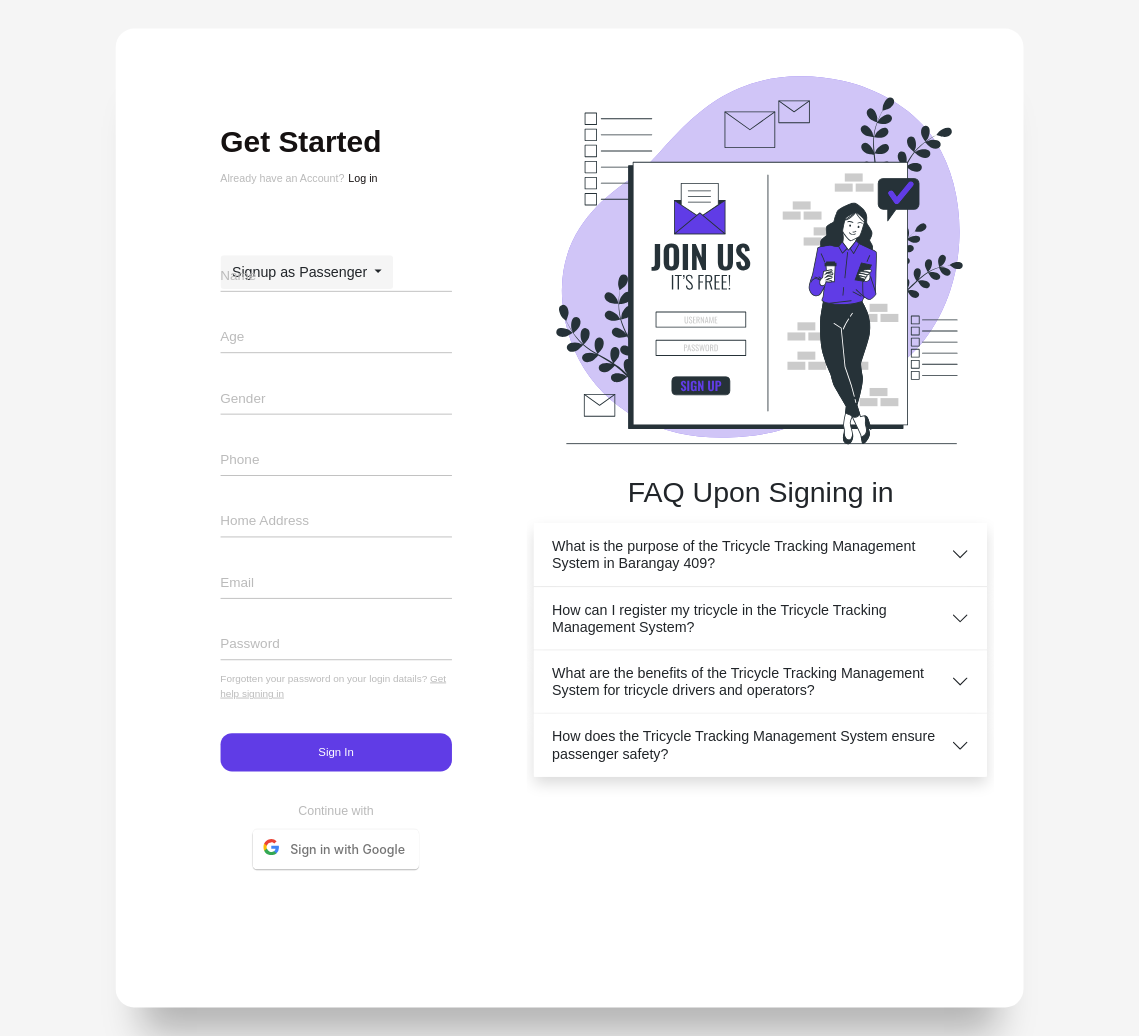
Repository: adrcstro/plate-to-place
Page: http://localhost/Loginsystem/Passenger.php
The author's editor kept a copy of each file at every save. The page is drawn from the files as they stood at one save, then again after the next save.
The browser window is 1280 px wide. The pictures show the whole page, at 89% of full size.
Some web fonts or font styles are not loaded; a fallback is used. Some web libraries are served in a nearby version. The page is run by PHP 8.4 with error messages shown; the project is at /var/www/html/.

Above is the page before, as saved 2023-10-31 15:45:10.

### Loginsystem/Passenger.php
<!DOCTYPE html>
<html lang="en">
<head>
    <meta charset="UTF-8">
    <meta name="viewport" content="width=device-width, initial-scale=1.0">
    <link rel="shortcut icon" type="x-icon" href="../images/webicon.png">
    <link rel="stylesheet" href="../css/bootstrap.min.css">
    <link rel="stylesheet" href="https://cdnjs.cloudflare.com/ajax/libs/font-awesome/6.3.0/css/all.min.css" integrity="sha512-SzlrxWUlpfuzQ+pcUCosxcglQRNAq/DZjVsC0lE40xsADsfeQoEypE+enwcOiGjk/bSuGGKHEyjSoQ1zVisanQ==" crossorigin="anonymous" referrerpolicy="no-referrer"/>
    <link rel="stylesheet" href="passenger.css">

    <title>Brangay409-3WHeel-Tracking-System</title>
</head>

<body>

<main>
      <div class="box">
        <div class="inner-box">
          <div class="forms-wrap">
            <form action="index.html" autocomplete="off" class="sign-in-form">

<script>
    function changeLoginType(type) {
        document.getElementById('loginDropdown').innerText = 'Login as ' + type;
    }
</script>
              <div class="heading">
                <h2>Get Started</h2>
                <h6>Already have an Account?</h6>
                <a href="login.php" class="loginaccount" data-target="img-2">Log in</a>
              </div>
              <div class="dropdown">
    <button class="btn dropdown-toggle" type="button" data-bs-toggle="dropdown" aria-expanded="false" id="loginDropdown">
        Signup as Passenger
    </button>
    <ul class="dropdown-menu">
        <li><a class="dropdown-item" href="Passenger.php" onclick="changeLoginType('Passenger')">Passenger</a></li>
        <li><a class="dropdown-item" href="Driverlogin.php" onclick="changeLoginType('Driver')">Driver</a></li>

    </ul>
</div>
<div class="formsignin">



              <div class="actual-form">
                <div class="input-wrap">
                  <input
                    type="text"
                    minlength="4"
                    class="input-field"
                    autocomplete="off"
                    required
                  />
                  <label>Name</label>
                </div>

                <div class="input-wrap">
                  <input
                    type="password"
                    minlength="4"
                    class="input-field"
                    autocomplete="off"
                    required
                  />
                  <label>Age</label>
                </div>

                <div class="input-wrap">
                  <input
                    type="text"
                    minlength="4"
                    class="input-field"
                    autocomplete="off"
                    required
                  />
                  <label>Gender</label>
                </div>

                <div class="input-wrap">
                  <input
                    type="text"
                    minlength="4"
                    class="input-field"
                    autocomplete="off"
                    required
                  />
                  <label>Phone</label>
                </div>
                <div class="input-wrap">
                  <input
                    type="text"
                    minlength="4"
                    class="input-field"
                    autocomplete="off"
                    required
                  />
                  <label>Home Address</label>
                </div>

                <div class="input-wrap">
                  <input
                    type="text"
                    minlength="4"
                    class="input-field"
                    autocomplete="off"
                    required
                  />
                  <label>Email</label>
                </div>
                <div class="input-wrap">
                  <input
                    type="text"
                    minlength="4"
                    class="input-field"
                    autocomplete="off"
                    required
                  />
                  <label>Password</label>
                </div>
                <p class="text">
                  Forgotten your password on your login datails?

                  <a href="Forgotpassword.php" data-target="img-2">Get help signing in</a>
                </p>
                <input type="submit" value="Sign In" class="sign-btn" />
                <h5 id="textcon">Continue with</h5>
                <button type="button" class="login-with-google-btn" >
                Sign in with Google
                 </button>
              </div>
              </div>
            </form>


          </div>
          <div class="carousel">
  <div class="images-wrapper">
    <img src="../images/Signup.svg" class="image img-2 show" alt="" />
  </div>

  <div class="col-md-12">
         <h2 class="mt-2 text-center" id="FAQ">FAQ Upon Signing in</h2>
         <div class="accordion accordion-flush p-2" id="accordionFlushExample">
          <div class="accordion-item bg-white shadow">
            <h2 class="accordion-header">
              <button class="accordion-button collapsed" type="button" data-bs-toggle="collapse" data-bs-target="#flush-collapseOne" aria-expanded="false" aria-controls="flush-collapseOne">
                What is the purpose of the Tricycle Tracking Management System in Barangay 409?
              </button>
            </h2>
            <div id="flush-collapseOne" class="accordion-collapse collapse" data-bs-parent="#accordionFlushExample">
              <div class="accordion-body">The Tricycle Tracking Management System aims to streamline tricycle operations and ensure passenger safety and efficient transportation services within the barangay.</div>
            </div>
          </div>
          <div class="accordion-item shadow">
            <h2 class="accordion-header">
              <button class="accordion-button collapsed" type="button" data-bs-toggle="collapse" data-bs-target="#flush-collapseTwo" aria-expanded="false" aria-controls="flush-collapseTwo">
                How can I register my tricycle in the Tricycle Tracking Management System?
              </button>
            </h2>
            <div id="flush-collapseTwo" class="accordion-collapse collapse" data-bs-parent="#accordionFlushExample">
              <div class="accordion-body">To register your tricycle, visit the barangay office and submit the required documents, including the tricycle's registration papers, driver's license, and other necessary permits.</div>
            </div>
          </div>
          <div class="accordion-item shadow">
            <h2 class="accordion-header">
              <button class="accordion-button collapsed" type="button" data-bs-toggle="collapse" data-bs-target="#flush-collapseThree" aria-expanded="false" aria-controls="flush-collapseThree">
                What are the benefits of the Tricycle Tracking Management System for tricycle drivers and operators?
              </button>
            </h2>
            <div id="flush-collapseThree" class="accordion-collapse collapse" data-bs-parent="#accordionFlushExample">
              <div class="accordion-body">The system provides improved transparency in fare collection, enhances security measures for both drivers and passengers, and facilitates better route planning, leading to increased efficiency and profitability for tricycle operators.
              </div>
            </div>
          </div>

          <div class="accordion-item shadow">
            <h2 class="accordion-header">
              <button class="accordion-button collapsed" type="button" data-bs-toggle="collapse" data-bs-target="#flush-collapseFour" aria-expanded="false" aria-controls="flush-collapseFour">
                How does the Tricycle Tracking Management System ensure passenger safety?
              </button>
            </h2>
            <div id="flush-collapseFour" class="accordion-collapse collapse" data-bs-parent="#accordionFlushExample">
              <div class="accordion-body">The system integrates safety measures such as  Report Management, Legal Action Provider, and driver identification features, which enable swift responses to any emergency situations during tricycle rides.</div>
            </div>
          </div>



        </div>
         </div>


</div>
        </div>
      </div>
    </main>



</body>
<script src="../js/bootstrap.bundle.js"></script>
    <script src="login.js"></script>

</html>

### Loginsystem/passenger.css
@import url("https://fonts.googleapis.com/css2?family=Poppins:wght@200;300;400;500;600;700;800&display=swap");
@import url('https://fonts.googleapis.com/css2?family=Advent+Pro:wght@200&display=swap');
@import url('https://fonts.googleapis.com/css2?family=Advent+Pro:wght@200&family=Montserrat+Alternates&display=swap');
@import url('http://fonts.googleapis.com/css?family=Open+Sans:400,700');
*,
*::before,
*::after {
  padding: 0;
  margin: 0;
  box-sizing: border-box;
}
#textcon{
  padding: 4px;
  text-align: center;
  color: #bababa;
  font-size: 14px;
}
.login-with-google-btn {
  transition: background-color .3s, box-shadow .3s;
  padding: 12px 16px 12px 42px;
  border: none;
  border-radius: 5px;
  box-shadow: 0 -1px 0 rgba(0, 0, 0, .04), 0 1px 1px rgba(0, 0, 0, .25);
  display: block;
    margin: auto;
  color: #757575;
  font-size: 14px;
  font-weight: 500;
  font-family: -apple-system,BlinkMacSystemFont,"Segoe UI",Roboto,Oxygen,Ubuntu,Cantarell,"Fira Sans","Droid Sans","Helvetica Neue",sans-serif;

  background-image: url(data:[embedded picture, 822 characters]);
  background-color: white;
  background-repeat: no-repeat;
  background-position: 12px 11px;

  &:hover {
    background-color: #f3f3f3b6;
  }

  &:active {
    background-color: #eeeeee;
  }
}
  &:focus {
    outline: none;
    box-shadow:
      0 -1px 0 rgba(0, 0, 0, .04),
      0 2px 4px rgba(0, 0, 0, .25),
      0 0 0 3px #c8dafc;
  }

.logo {
  text-align: center;
}
.logo br {
  font-size: 1px; /* Adjust the font size as per your requirement */
}
body,
input {
  font-family: 'Montserrat Alternates', sans-serif;

}
#loginDropdown{
  background-color: whitesmoke;
}

main {
  width: 100%;
  min-height: 100vh;
  overflow: hidden;
  background-color: whitesmoke;
  padding: 2rem;
  display: flex;
  align-items: center;
  justify-content: center;
}

.box {
  position: relative;
  width: 100%;
  max-width: 1020px;
  height: 1100px;
  background-color: #fff;
  border-radius: 1.3rem;
  box-shadow: 0 60px 40px -30px rgba(0, 0, 0, 0.27);
}

.inner-box {
  position: absolute;
  width: calc(100% - 4.1rem);
  height: calc(100% - 4.1rem);
  top: 50%;
  left: 50%;
  transform: translate(-50%, -50%);
}

.forms-wrap {
  position: absolute;
  height: 100%;
  width: 45%;
  top: 0;
  left: 0;
  display: grid;
  grid-template-columns: 1fr;
  grid-template-rows: 1fr;
  transition: 0.8s ease-in-out;
}

form {
  max-width: 260px;
  width: 100%;
  margin: 0 auto;
  height: 100%;
  display: flex;
  flex-direction: column;
  justify-content: space-evenly;
  grid-column: 1 / 2;
  grid-row: 1 / 2;
  transition: opacity 0.02s 0.4s;
  border: #aaa;
}

form.sign-up-form {
  opacity: 0;
  pointer-events: none;

}

.logo {
  display: flex;
  align-items: center;
}


.logo h4 {
  font-size: 1.1rem;
  margin-top: -9px;
  letter-spacing: -0.5px;
  color: #151111;
}

.heading h2 {
  font-size: 2.1rem;
  font-weight: 600;
  color: #151111;
}

.heading h6 {
  color: #bababa;
  font-weight: 400;
  font-size: 0.75rem;
  display: inline;
}

.toggle {
  color: #151111;
  text-decoration: none;
  font-size: 0.75rem;
  font-weight: 500;
  transition: 0.3s;
}

.toggle:hover {
  color: #8371fd;
}

.input-wrap {
  position: relative;
  height: 37px;
  margin-bottom: 2rem;
}

.input-field {
  position: absolute;
  width: 100%;
  height: 100%;
  background: none;
  border: none;
  outline: none;
  border-bottom: 1px solid #bbb;
  padding: 0;
  font-size: 0.95rem;
  color: #151111;
  transition: 0.4s;
}

label {
  position: absolute;
  left: 0;
  top: 50%;
  transform: translateY(-50%);
  font-size: 0.95rem;
  color: #bbb;
  pointer-events: none;
  transition: 0.4s;
}

.input-field.active {
  border-bottom-color: #151111;
}

.input-field.active + label {
  font-size: 0.75rem;
  top: -2px;
}
.logtext{
  margin-top: -1rem;
}
.sign-btn {
  display: inline-block;
  width: 100%;
  height: 43px;
  background-color: #603ce6;
  color: #fff;
  border: none;
  cursor: pointer;
  border-radius: 0.8rem;
  font-size: 0.8rem;
  margin-bottom: 2rem;
  transition: 0.3s;
}
.show {
  display: block;
}

.FAQESTION{
  margin-top: -3rem;
}



.hide {
  display: none;
}

.sign-btn:hover {
  background-color: #6a5cc4;
}

.text {
  color: #bbb;
  font-size: 0.7rem;
  transform: translateY(-20px);
}

.text a {
  color: #bbb;
  transition: 0.3s;

}




.text a:hover {
  color: #8371fd;
}

main.sign-up-mode form.sign-in-form {
  opacity: 0;
  pointer-events: none;
}

main.sign-up-mode form.sign-up-form {
  opacity: 1;
  pointer-events: all;
}

main.sign-up-mode .forms-wrap {
  left: 55%;
}

main.sign-up-mode .carousel {
  left: 0%;
}

.carousel {
  position: absolute;
  height: 100%;
  width: 55%;
  left: 45%;
  top: 0;
  background-color: white;
  border-radius: 2rem;
  display: grid;
  grid-template-rows: auto 1fr;
  padding-bottom: 2rem;
  overflow: hidden;
  transition: 0.8s ease-in-out;
}

.images-wrapper {
  display: grid;
  grid-template-columns: 1fr;
  grid-template-rows: 1fr;
}
.hide {
  display: none;
}
.image {
  width: 100%;
 height: 90%;
  grid-column: 1/2;
  grid-row: 1/2;
  opacity: 0;
  transition: opacity 0.3s, transform 0.5s;
}

.img-1 {
  transform: translate(0, -50px);
}

.img-2 {
  transform: scale(0.4, 0.5);
}

.img-3 {
  transform: scale(0.3) rotate(-20deg);
}

.image.show {
  opacity: 1;
  transform: none;
}

.text-slider {
  display: flex;
  align-items: center;
  justify-content: center;
  flex-direction: column;
margin-top: -4rem;

}

.text-wrap {
  max-height: 3.1rem;
  overflow: hidden;
  margin-bottom: 2.3rem;
}

.text-group {
  display: flex;
  flex-direction: column;
  text-align: center;
  transform: translateY(0);
  transition: 0.5s;
}

.text-group h2 {
  line-height: 2.2rem;
  font-weight: 600;
  font-size: 1.6rem;
}

.bullets {
  display: flex;
  align-items: center;
  justify-content: center;
  margin-top: -2.4rem;
}

.bullets span {
  display: block;
  width: 0.5rem;
  height: 0.5rem;
  background-color: #aaa;
  margin: 0 0.25rem;
  border-radius: 50%;
  cursor: pointer;
  transition: 0.3s;
}
.dropdown{
  position: relative; /* or any other position value that suits your layout */
  top: 6rem;
}
.actual-form{
  margin-top: -6rem;
}
.bullets span.active {
  width: 1.1rem;
  background-color: #151111;
  border-radius: 1rem;
}
.actual-form{
  margin-top: 20px;
  }
  .col-md-12{
    margin-top: -4rem;
  }

  .sign-in-form{
    margin-top: -4rem;
  }
.formsignin{
  margin-top: -1rem;
}
.sign-in-form{
  margin-bottom: 4rem;
}

.loginaccount{
  color: #151111;
  text-decoration: none;
  font-size: 0.75rem;
  font-weight: 500;
  transition: 0.3s;
}
.loginaccount:hover{
  color: #8371fd;
}

.heading{
  position: relative; /* or any other position value that suits your layout */
  top: 5rem;
}






@media (max-width: 850px) {
  .box {
    height: auto;
    max-width: 550px;
    overflow: hidden;
  }

  .inner-box {
    position: static;
    transform: none;
    width: revert;
    height: revert;
    padding: 2rem;
  }

  .forms-wrap {
    position: revert;
    width: 100%;
    height: auto;
  }

  form {
    max-width: revert;
    padding: 1.5rem 2.5rem 2rem;
    transition: transform 0.8s ease-in-out, opacity 0.45s linear;
  }

  .heading {
    margin: 2rem 0;
  }

  form.sign-up-form {
    transform: translateX(100%);
  }

  main.sign-up-mode form.sign-in-form {
    transform: translateX(-100%);
  }

  main.sign-up-mode form.sign-up-form {
    transform: translateX(0%);
  }

  .carousel {
    position: revert;
    height: auto;
    width: 100%;
    padding: 3rem 2rem;
    display: flex;
  }

  .images-wrapper {
    display: none;
  }

  .text-slider {
    width: 100%;
  }

  .text-slider{
    margin-top: 3rem;
}
.actual-form{
margin-top: 2rem;
}
.col-md-12{
  margin-top: -3rem;
}
.dropdown{
  margin-top: -1rem;
}
.sign-in-form{
  margin-top: -1rem;
}

.formsignin{
  margin-top: 1rem;
}


}

@media (max-width: 528px) {
  main {
    padding: 1rem;
  }

  .box {
    border-radius: 2rem;
  }

  .inner-box {
    padding: 1rem;
  }

  .carousel {
    padding: 1.5rem 1rem;
    border-radius: 1.6rem;
  }

  .text-wrap {
    margin-bottom: 1rem;
  }

  .text-group h2 {
    font-size: 1.2rem;
  }

  form {
    padding: 1rem 2rem 1.5rem;
  }

  .bullets{
    margin-top: -1rem;
}
.col-md-12{
  margin-top: 1rem;
}


}








@media (max-width: 390px) {
    .text-slider{
        margin-top: 2rem;
    }

}

### Loginsystem/login.js
const inputs = document.querySelectorAll(".input-field");
const toggle_btn = document.querySelectorAll(".toggle");
const main = document.querySelector("main");
const bullets = document.querySelectorAll(".bullets span");
const images = document.querySelectorAll(".image");

inputs.forEach((inp) => {
  inp.addEventListener("focus", () => {
    inp.classList.add("active");
  });
  inp.addEventListener("blur", () => {
    if (inp.value != "") return;
    inp.classList.remove("active");
  });
});

toggle_btn.forEach((btn) => {
  btn.addEventListener("click", () => {
    main.classList.toggle("sign-up-mode");
  });
});

function moveSlider() {
  let index = this.dataset.value;

  let currentImage = document.querySelector(`.img-${index}`);
  images.forEach((img) => img.classList.remove("show"));
  currentImage.classList.add("show");

  const textSlider = document.querySelector(".text-group");
  textSlider.style.transform = `translateY(${-(index - 1) * 2.2}rem)`;

  bullets.forEach((bull) => bull.classList.remove("active"));
  this.classList.add("active");
}

bullets.forEach((bullet) => {
  bullet.addEventListener("click", moveSlider);
});

document.addEventListener('DOMContentLoaded', function () {
  const toggleLinks = document.querySelectorAll('.toggle');
  toggleLinks.forEach(function(toggleLink) {
    toggleLink.addEventListener('click', function (event) {
      event.preventDefault();
      const targetId = toggleLink.getAttribute('data-target');
      const textSlider = document.querySelector('.text-group');
      if (targetId === 'img-1') {
        const targetText = 'Get Started';
        textSlider.innerHTML = `<h2>${targetText}</h2>`;
      } else if (targetId === 'img-2') {
        const targetText = 'Join us';
        textSlider.innerHTML = `<h2>${targetText}</h2>`;
      }
    });
  });
});

Loaded but not shown: css/bootstrap.min.css (library); js/bootstrap.bundle.js (library); Images/Signup.svg (1 lines, source omitted)

After the next save:
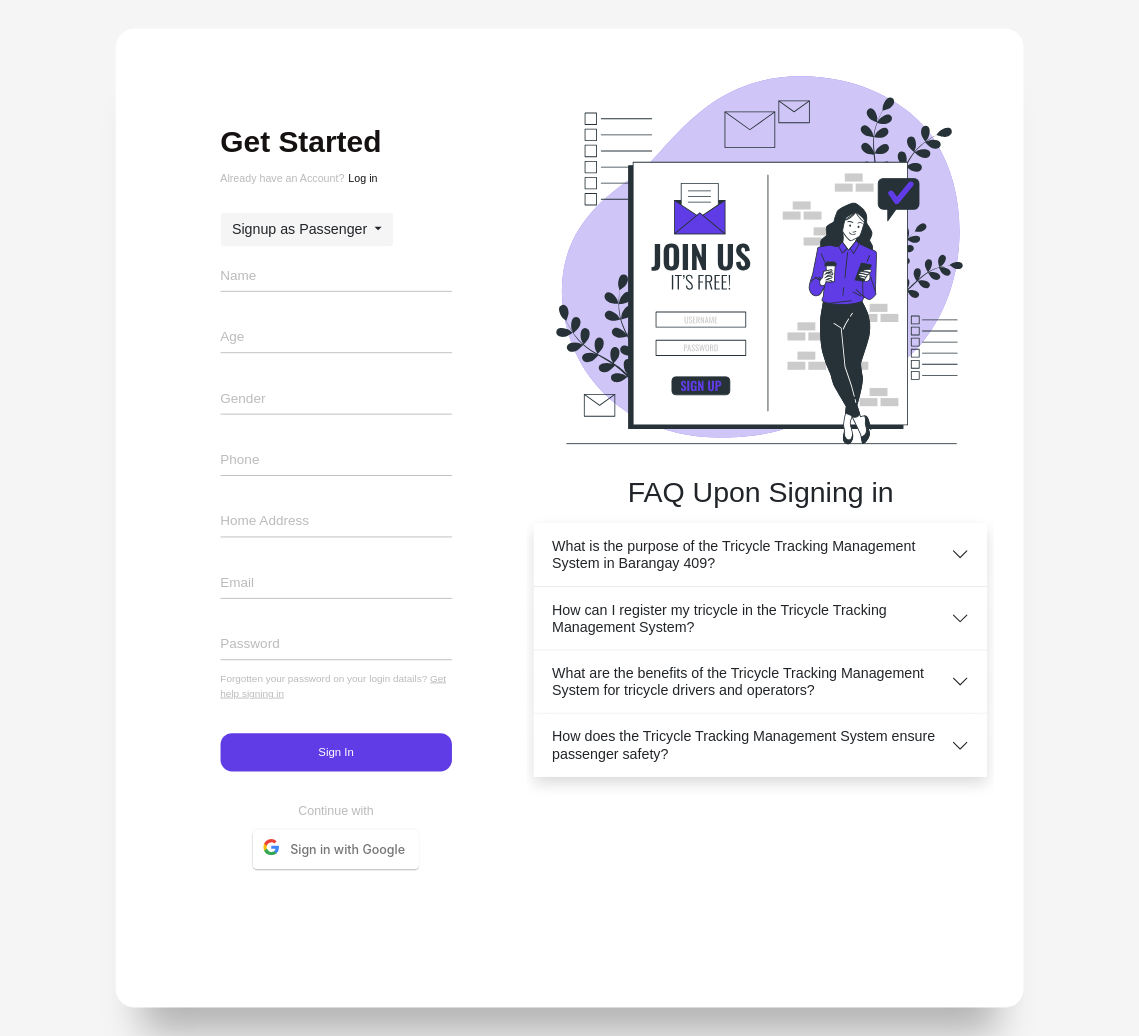
Saved 13 s later.
--- a/Loginsystem/passenger.css
+++ b/Loginsystem/passenger.css
@@ -371,7 +371,7 @@ margin-top: -4rem;
 }
 .dropdown{
   position: relative; /* or any other position value that suits your layout */
-  top: 6rem;
+  top: 3rem;
 }
 .actual-form{
   margin-top: -6rem;
